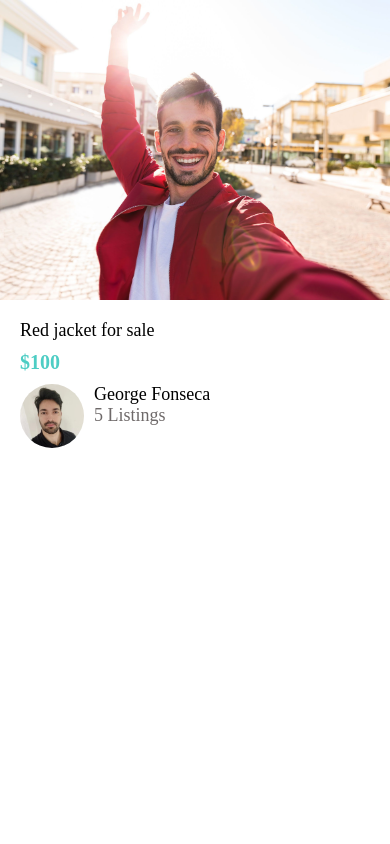
Repository: georgehgfonseca/F05-Trena-Native
Screen: /
An editor plug-in stored every save of this project. The screen is shown before and after the next save, followed by the edit.
The app was drawn by React Native's web renderer in a window 390 px wide. The project was rebuilt for these pictures with package versions that can differ from the ones it lists, and the page was loaded fresh each time.

Above is the screen before, as saved 2022-10-13 17:28:46.

After the next save:
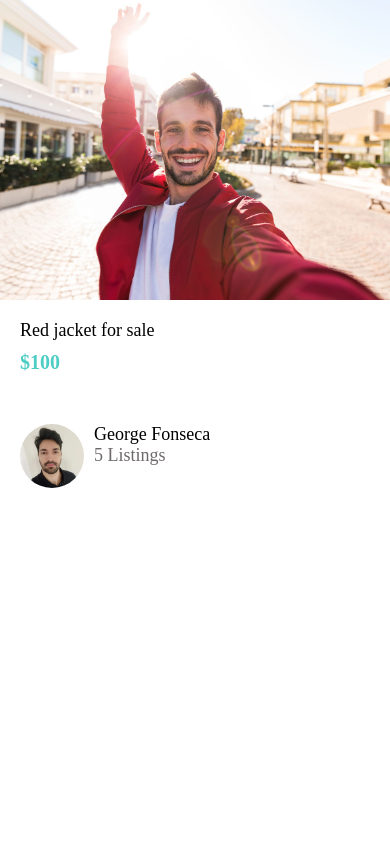
Saved 24 s later.
--- a/app/screens/ListingDetailsScreen.tsx
+++ b/app/screens/ListingDetailsScreen.tsx
@@ -15,7 +15,7 @@ export function ListingDetailsScreen(props: any) {
       <View style={styles.detailsContainer}>
         <AppText style={styles.title}>Red jacket for sale</AppText>
         <AppText style={styles.price}>$100</AppText>
-        <View>
+        <View style={styles.userContainer}>
           <ListItem
             image={require("../assets/george.jpeg")}
             title="George Fonseca"
@@ -45,4 +45,7 @@ const styles = StyleSheet.create({
     font: 24,
     fontWeight: "500",
   },
+  userContainer: {
+    marginVertical: 40,
+  },
 });
